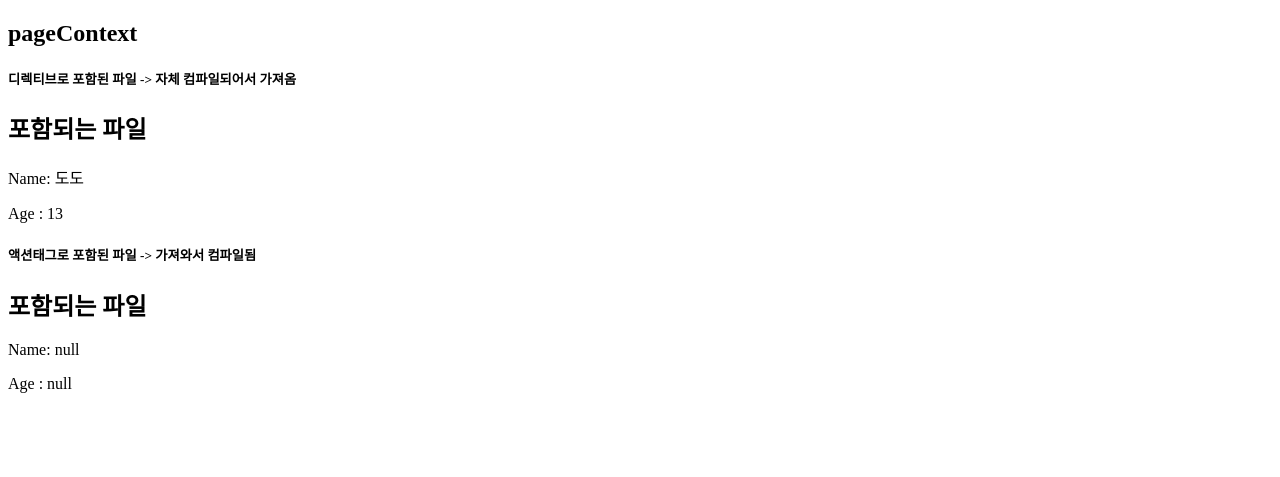
Repository: cordingdodo/javaworks2
Page: http://localhost/practice01/test09.jsp
An editor plug-in stored every save of this project. The page is shown before and after the next save, followed by the edit.
The browser window is 1280 px wide. The pictures show the whole page.
The page is served by Tomcat 9.

Above is the page before, as saved 2022-10-21 03:45:00.

After the next save:
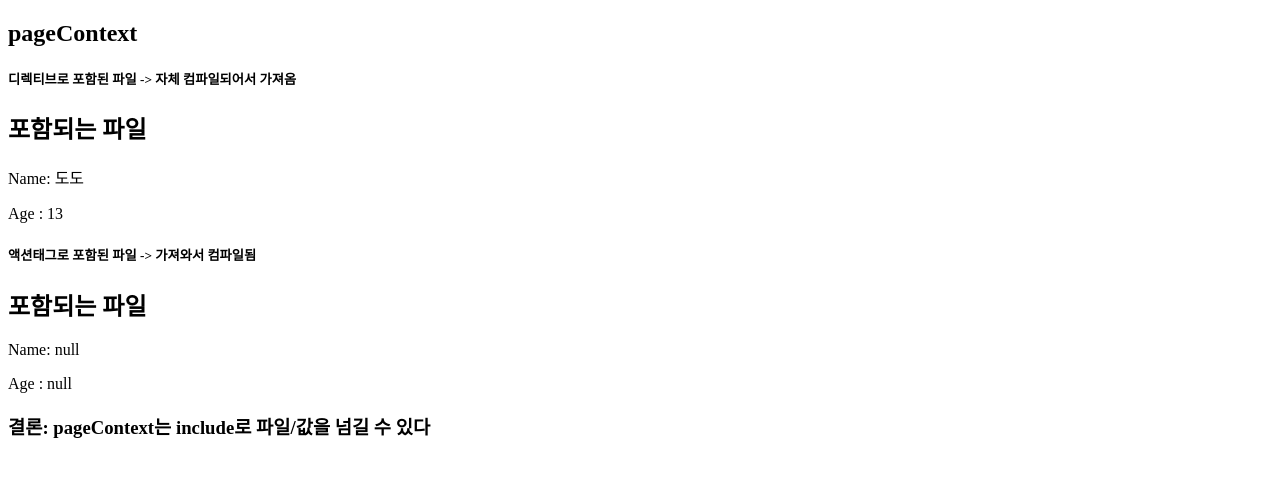
Saved 16 s later.
--- a/practice01/WebContent/test09.jsp
+++ b/practice01/WebContent/test09.jsp
@@ -15,5 +15,6 @@
 	<%@ include file="includeFile.jsp" %>
 	<h5>액션태그로 포함된 파일 -> 가져와서 컴파일됨</h5>
 	<jsp:include page="includeFile.jsp"></jsp:include>
+			<h3>결론: pageContext는 include로 파일/값을 넘길 수 있다</h3>
 </body>
 </html>
